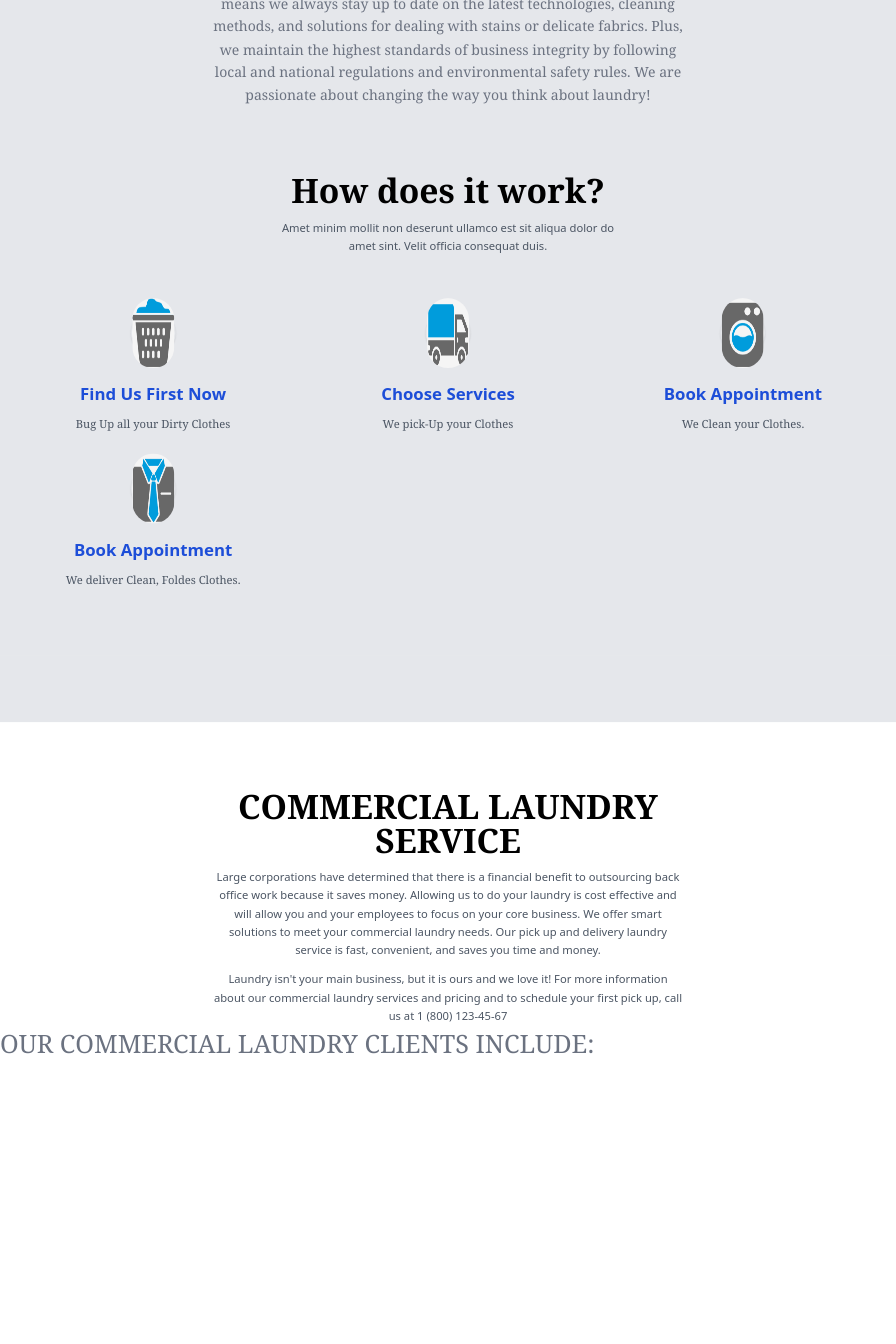
Repository: remydev47/smartlaundry
Page: /
The author's editor kept a copy of each file at every save. The page is drawn from the files as they stood at one save, then again after the next save.
The browser window is 1280 px wide. The pictures show the part of the page from y = 2437 to 4357 px (the page is 4357 px tall), at 70% of full size.
The project was rebuilt for these pictures with package versions that can differ from the ones it lists, and the page was loaded fresh each time. The framework's server and built-in components were replaced by stand-ins that run in the browser. Also part of the build but not shown: next.config.js, components/Prices.tsx, components/Banner.tsx, components/Reasons.tsx, components/Testimonial.tsx, components/Pricing.tsx, components/Footer.tsx.

Above is the page before, as saved 2022-10-24 16:20:08.

After the next save:
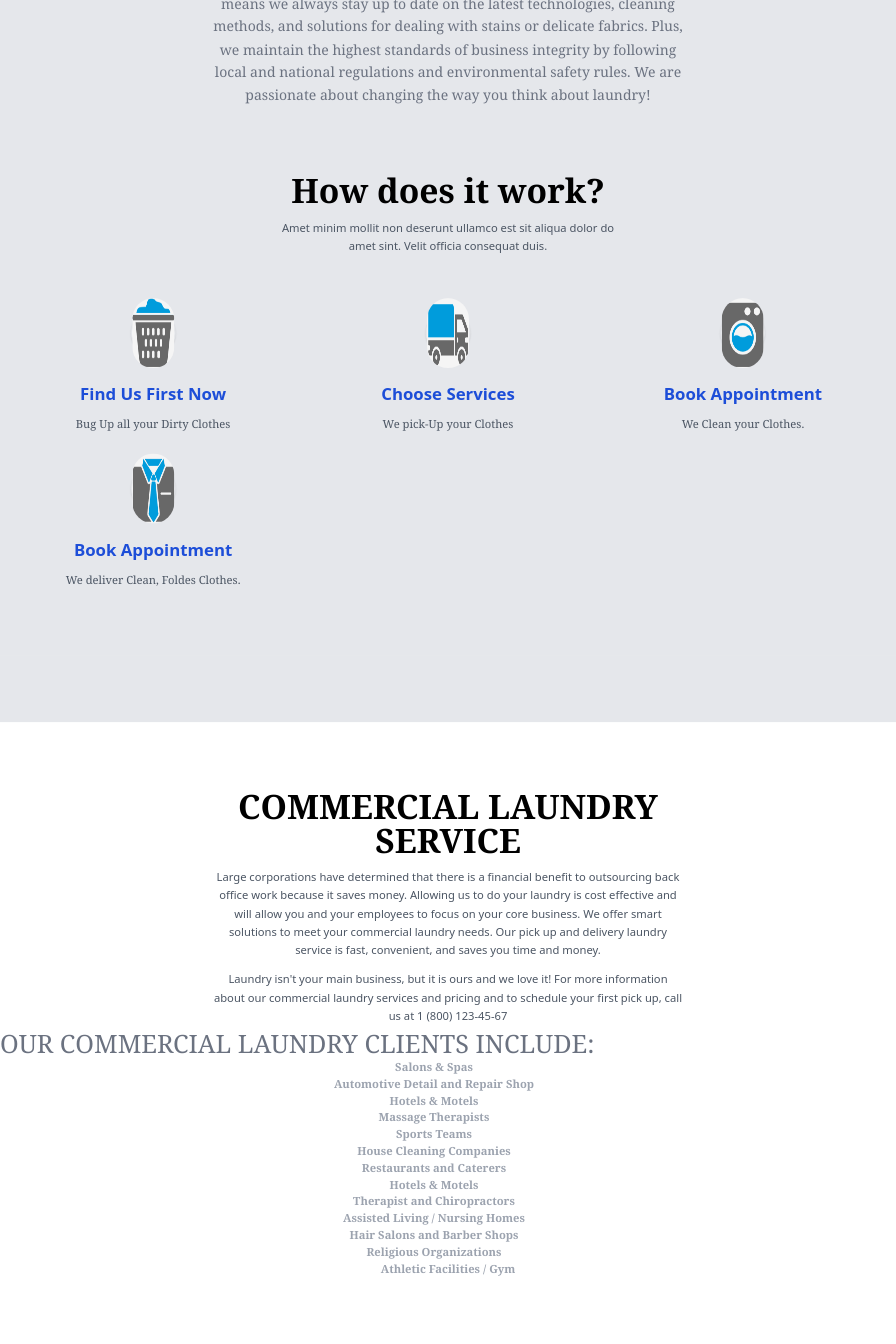
Saved 22 s later.
--- a/components/Commercial.tsx
+++ b/components/Commercial.tsx
@@ -78,7 +78,7 @@ const Commercial = () => {
                 key={nav.id}
                 className={`font-serif font-bold cursor-pointer text-[16px]
                    ${index === offers.length - 1 ? 'mr-0' : 'mr-10'}
-                  text-white `}
+                  text-gray-400 `}
                 >
                     <a>{nav.title}</a>
                 </li>
